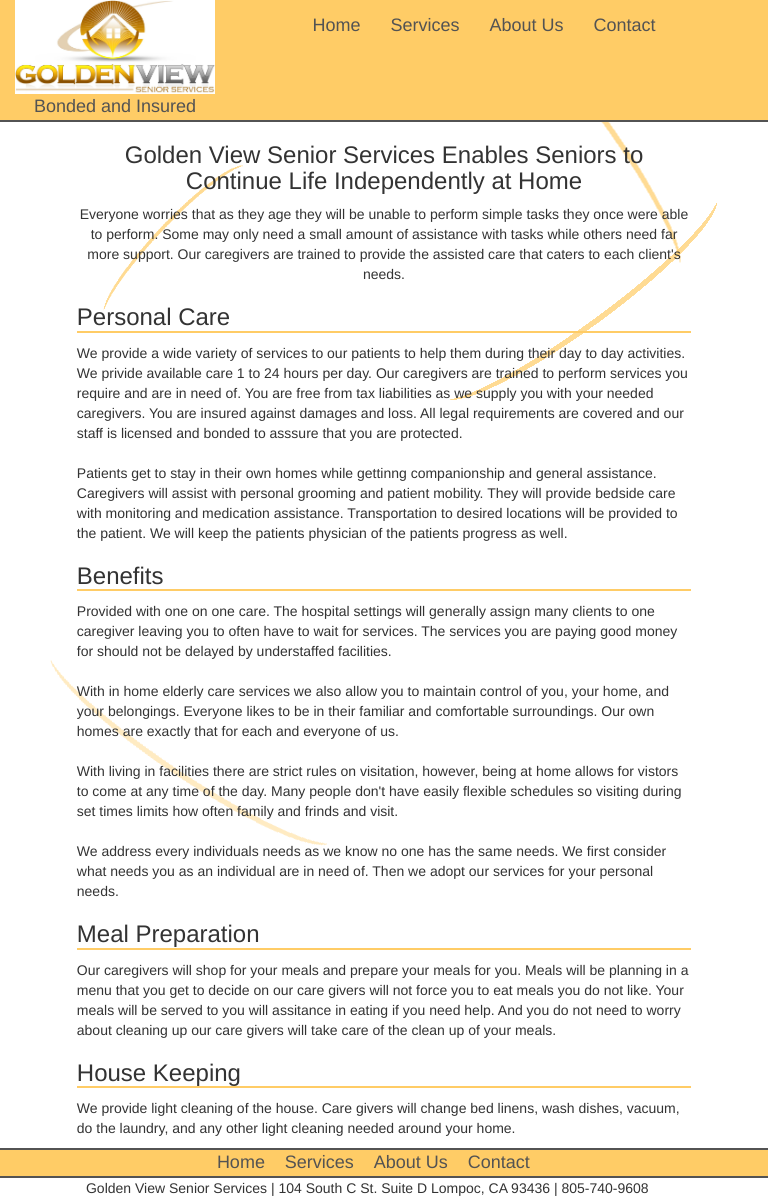
Repository: alprusa/GoldenViewWebsiteMockup
Page: GoldenViewWebsite/services/index.html
An editor plug-in stored every save of this project. The page is shown before and after the next save, followed by the edit.
The browser window is 768 px wide. The pictures show the whole page.

Above is the page before, as saved 2016-10-26 02:26:16.

### GoldenViewWebsite/services/index.html
<!DOCTYPE html>
<html lang="en">
	<head>
		<meta charset="utf-8">

		<!-- Always force latest IE rendering engine (even in intranet) & Chrome Frame
		Remove this if you use the .htaccess -->
		<meta http-equiv="X-UA-Compatible" content="IE=edge,chrome=1">

		<title>Services</title>
		<meta name="description" content="">
		<meta name="author" content="Alisa Prusa">

		<meta name="viewport" content="width=device-width; initial-scale=1.0">

		<!-- Replace favicon.ico & apple-touch-icon.png in the root of your domain and delete these references -->
		<link rel="shortcut icon" href="/favicon.ico">
		<link rel="apple-touch-icon" href="/apple-touch-icon.png">

		<link href="../defaultStyle.css" rel="stylesheet" type="text/css">
		<link href="Swoosh.css" rel="stylesheet" type="text/css">
		<link rel="stylesheet" href="../bootstrap/css/bootstrap.min.css">
	</head>

	<body>
		<div id="mainNav">
			<!--Navbar html section-->
			<nav class="navbar navbar-static-top" role="navigation">
                <div class="container-fluid">

                    <div class="navbar-header">
                        <!--Logo image button to go make to main page-->
                        <a href="../">
                        	<img src="../img/goldenViewLogo.jpg" class="img-responsive" id="logo"/>
                        	<p style="text-align: center; margin: auto;">Bonded and Insured</p>
                        </a>

                        <!--Button that is created for menu when screen size reaches a certain limit-->
                        <button type="button" class="navbar-toggle" data-toggle="collapse" data-target=".navbar-collapse">
                            <span class="icon-bar"></span>
                            <span class="icon-bar"></span>
                            <span class="icon-bar"></span>
                        </button>
                    </div>

                    <!--Buttons to go to different pages of the website-->
                    <div class="collapse navbar-collapse" id="navItems">
                        <ul class="nav navbar-nav">
                            <li><a href="../">Home</a></li>
							<li><a href="./">Services</a></li>
							<li><a href="../about/">About Us</a></li>
							<li><a href="../contact/">Contact</a></li>
                        </ul>
                    </div>
                </div>
             </nav>

 			<!--Main text field-->
 			<div id="containerText">
 				<img class="swoosh" id="swooshSmall" src="../img/BrochureSwoosh.png"/>

 				<!--Header text-->
 				<div style="text-align: center;">
	 				<h3 style="border: none;">Golden View Senior Services Enables Seniors to Continue Life Independently at Home</h3>
	 				<p>Everyone worries that as they age they will be unable to perform simple tasks they once were able to
	 					perform. Some may only need a small amount of assistance with tasks while others need far more
	 					support. Our caregivers are trained to provide the assisted care that caters to each client's
	 					needs.</p>
	 			</div>

	 			<!--Services text section 1-->
	 			<div>
	 				<h3>Personal Care</h3>
	 				<p>We provide a wide variety of services to our patients to help them during their day to day activities.
	 					We privide available care 1 to 24 hours per day. Our caregivers are trained to perform services you
	 					require and are in need of. You are free from tax liabilities as we supply you with your needed
	 					caregivers. You are insured against damages and loss. All legal requirements are covered and our
	 					staff is licensed and bonded to asssure that you are protected.
	 					<br>
	 					<br>Patients get to stay in their own homes while gettinng companionship and general assistance.
	 					Caregivers will assist with personal grooming and patient mobility. They will provide bedside care
	 					with monitoring and medication assistance. Transportation to desired locations will be provided to
	 					the patient. We will keep the patients physician of the patients progress as well.</p>
	 			</div>

	 			<!--Services text section 2-->
	 			<div>
	 				<h3 name="Benefits">Benefits</h3>
	 				<p>Provided with one on one care. The hospital settings will generally assign many clients to one
	 					caregiver leaving you to often have to wait for services. The services you are paying good money
	 					for should not be delayed by understaffed facilities.
	 					<br>
	 					<br>With in home elderly care services we also allow you to maintain control of you, your home, and
	 					your belongings. Everyone likes to be in their familiar and comfortable surroundings. Our own homes
	 					are exactly that for each and everyone of us.
	 					<br>
	 					<br>With living in facilities there are strict rules on visitation, however, being at home allows for
	 					vistors to come at any time of the day. Many people don't have easily flexible schedules so visiting
	 					during set times limits how often family and frinds and visit.
	 					<br>
	 					<br>We address every individuals needs as we know no one has the same needs. We first consider what
	 					needs you as an individual are in need of. Then we adopt our services for your personal needs.</p>
	 			</div>

	 			<!--Services text section 3-->
	 			<div>
	 				<h3>Meal Preparation</h3>
	 				<p>Our caregivers will shop for your meals and prepare your meals for you. Meals will be planning in a
	 					menu that you get to decide on our care givers will not force you to eat meals you do not like. Your
	 					meals will be served to you will assitance in eating if you need help. And you do not need to worry
	 					about cleaning up our care givers will take care of the clean up of your meals.</p>
	 			</div>

	 			<img class="swoosh" id="swoosh2" src="../img/BrochureSwoosh.png"/>

	 			<img class="swoosh" id="bottomSwoosh2" src="../img/BrochureSwoosh.png"/>

	 			<!--Services text section 4-->
	 			<div>
	 				<h3>House Keeping</h3>
	 				<p>We provide light cleaning of the house. Care givers will change bed linens, wash dishes, vacuum, do
	 					the laundry, and any other light cleaning needed around your home.</p>
	 			</div>
 			</div>

 			<img id="lastSwoosh" class="swoosh" src="../img/BrochureSwoosh.png"/>

 			<!--Buttons to go to different pages of the website-->
            <div>
                <ul id="navFooter">
                    <li><a href="../">Home</a></li>
					<li><a href="./">Services</a></li>
					<li><a href="../about/">About Us</a></li>
					<li><a href="../contact/">Contact</a></li>
                </ul>
            </div>

			<!--Footer section-->
             <footer id="footer">
				<p>
					Golden View Senior Services | 104 South C St. Suite D Lompoc, CA 93436 | 805-740-9608
				</p>
			</footer>
        </div>

		<script src="../jquery-1.2.0.js"></script>
    	<script src="../bootstrap/js/bootstrap.min.js"></script>
	</body>
</html>

### GoldenViewWebsite/defaultStyle.css
body{
	color: white;
}

h3{
	border-bottom: 2px solid #ffcc66;
}

a{
	margin: 0 auto;
	font-size: 18px;
	color: #535353 !important;
}

/*make it so the logo home page button does not have the hover effect that the other buttons have*/
a:hover,
a:focus{
    text-decoration: underline !important;
	color:#535353 !important;
	text-decoration-color: #535353 !important;
}

mark{
	background-color: rgba(255, 204, 102, 0.5) !important;
	color: #535353 !important;
	border-radius: 5%;
}

/*navigation bar css content*/
nav{
	border-bottom: 2px #535353 solid !important;
}

.navbar-collapse { border-color: rgba(83, 83, 83, 0.3) !important; }

#mainNav{
    top: 1%;
    width: 100%;
    height: 50px;
    float:center;
}

.navbar{
    background-color: #ffcc66 !important;
    text-align: center;
    float:center;
    color: #901389;
    margin: 0 auto !important;
}

.navbar .navbar-nav {
  display: inline-block;
  float: none;
  vertical-align: top;
}

.navbar .navbar-collapse {
  text-align: center;
}

.navbar .navbar-toggle .icon-bar{
  background-color: #535353 !important;
}

.navbar .navbar-toggle{
  border-color: #535353 !important;
}

/*content inside the navigation bar*/

#navItems a:hover,
#navItems a:focus{
    background-color: #ffcc66 !important;
}

#logo{
	margin: 0 auto;
    width:200px;
}

#logoP{
	float:left;
	padding-top: 5px;
	padding-left: 5px;
}

#topInfo{
	float: right;
	text-align: center;
	margin: auto;
	color:black;
	padding: 40px;
	padding-bottom: 5px;
	font-size: 10px;
}

#careOuter{
	float: right;
	padding-right: 10px;
}

#careInner{
	float: left;
	padding-left: 10px;
}

/*carousel css content8*/
.carousel-control{
    margin: 0 auto;
}

.carouselItems{
    margin: 0 auto;
    float:  center;
    width: 400px;
    height: 140px;
}

.carousel-indicators{
	top:90%;
}

.carousel-caption{
	top:57%;
}

.carouselText{
	background-color: rgba(83, 83, 83, 0.5) !important;
	color: #ffcc66 !important;
	border-radius: 5%;
}

/*three column text*/
#columnData{
	margin: 0 auto;
    float:  center;
    width: 70%;
    margin-bottom: 5px;
}

.dataList{
	border-right: 2px #ffcc66 solid;
}

.spaceList{
	margin: 0 auto;
	padding-left: 3px;
	padding-right: 3px;
}

#caringTextOverlay{
	position: absolute;
	margin-top: 20px;
	margin-left: 10px;
	z-index: 10000;
	padding: 5px;
	background-color: rgba(83, 83, 83, 0.7) !important;
	color: white !important;
	border-radius: 5%;
}

#containerText{
	margin: 0 auto;
	float:center;
	width: 80%;
}

.swoosh{
    position: absolute; /* Stay in place */
    z-index: -1000; /* Sit on bottom */
   	opacity: 0.7;
}

#cardImg{
	margin: auto;
	width: 100%;
}

/*footer content*/
#footer{
	margin: 0 auto;
	background-color:#FFFFFF;
	text-align: center;
	padding-right: 5%;
	padding-left: 5px;
}

#navFooter{
	margin: 0 auto;
	background-color: #ffcc66 !important;
	list-style-type: none;
	text-align: center;
	border-top: 2px #535353 solid;
	border-bottom: 2px #535353 solid;
	padding-right: 8%;
}

#navFooter li{
	margin: auto;
	display: inline;
	padding: 8px;
}

#logoBottom{
	margin: auto;
    width: 100px;
    border: 2px #ffcc66 solid;
}

#navUl{
	padding-left: 120px;
}

@media (max-width: 600px){
	.carouselItems{
		width: 200px;
    	height: 70px;
	}
}

@media (max-width: 800px){
	#navUl{
		padding-left:0px;
		margin: auto;
	}
}

@media (min-width: 1000px){
	#cardImg{
		width: 60%;
	}
}

@media (max-width: 400px){
	.swoosh{
	    width: 50%;
	    height: 50%;
	}

	a{
		font-size: 12px;
	}
}

### GoldenViewWebsite/services/Swoosh.css
#swooshSmall{
	width: 200px;
	height: 200px;
}

#lastSwoosh{
	bottom: 7%;
	transform: rotate(250deg);
	opacity: 40%;
}

#swoosh2{
	transform: rotate(90deg);
	right:0;
	top: 0;
}

#bottomSwoosh2{
	transform: rotate(180deg);
	right:0;
	top: 20%;
}

@media (max-width: 1300px){
	#lastSwoosh{
		bottom: 3%;
	}
}

@media (max-width: 1000px){
	#lastSwoosh{
		bottom: 0;
	}
}

@media (max-width: 800px){
	#lastSwoosh{
		bottom: -10%;
	}
}

@media (max-width: 300px){
	#swooshSmall{
		opacity: 0;
	}
}

Loaded but not shown: GoldenViewWebsite/bootstrap/css/bootstrap.min.css (library); GoldenViewWebsite/jquery-1.2.0.js (library); GoldenViewWebsite/bootstrap/js/bootstrap.min.js (library)

After the next save:
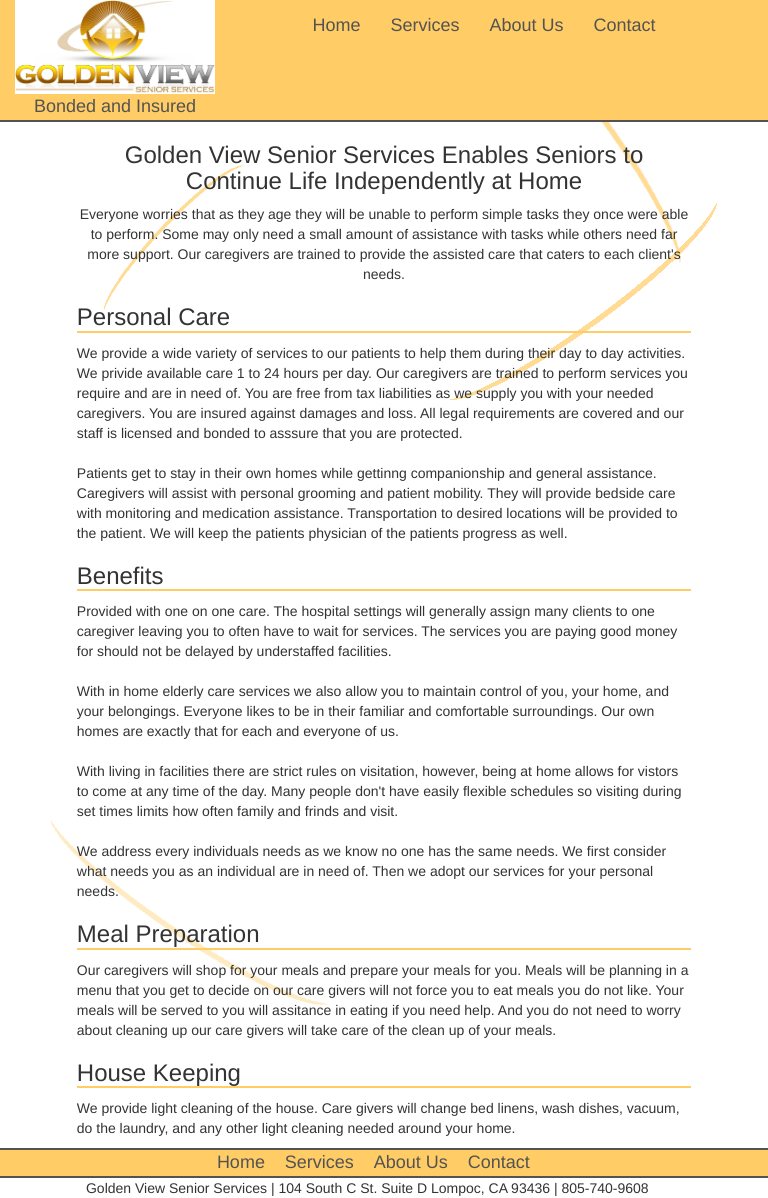
Saved 13 s later.
--- a/GoldenViewWebsite/services/Swoosh.css
+++ b/GoldenViewWebsite/services/Swoosh.css
@@ -35,7 +35,7 @@
 
 @media (max-width: 800px){
 	#lastSwoosh{
-		bottom: -10%;
+		bottom: -30%;
 	}
 }
 
